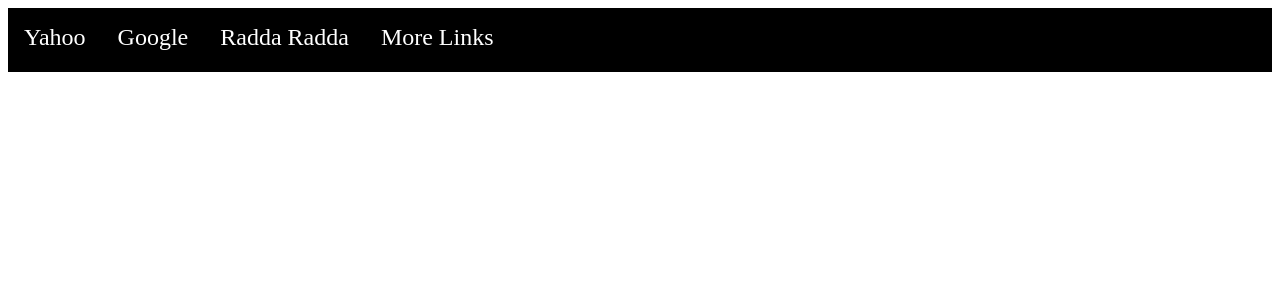
Repository: Komerican/komerican.github.io
Page: index1.html
The author's editor kept a record of every edit. The page is drawn from the files as they stood at one moment, then again after the next edit.
The browser window is 1280 px wide. The pictures show the whole page.

Above is the page before.

After the next edit:
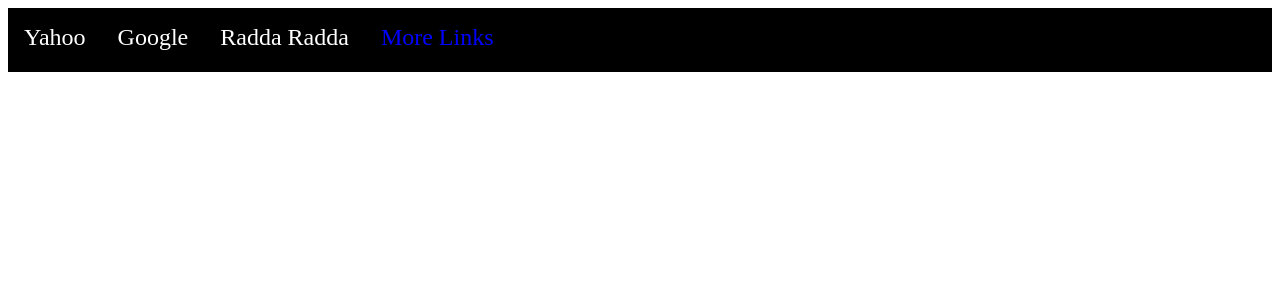
The edit:
--- a/index1.html
+++ b/index1.html
@@ -19,6 +19,13 @@
         padding:16px;
         float:left;
       }
+      .morelinks{
+        color: blue;
+        font-size: 24px;
+        text-decoration: none;
+        padding:16px;
+      }
+
 
       .navbar a:hover, .morelinks:hover{
         background-color: pink;
